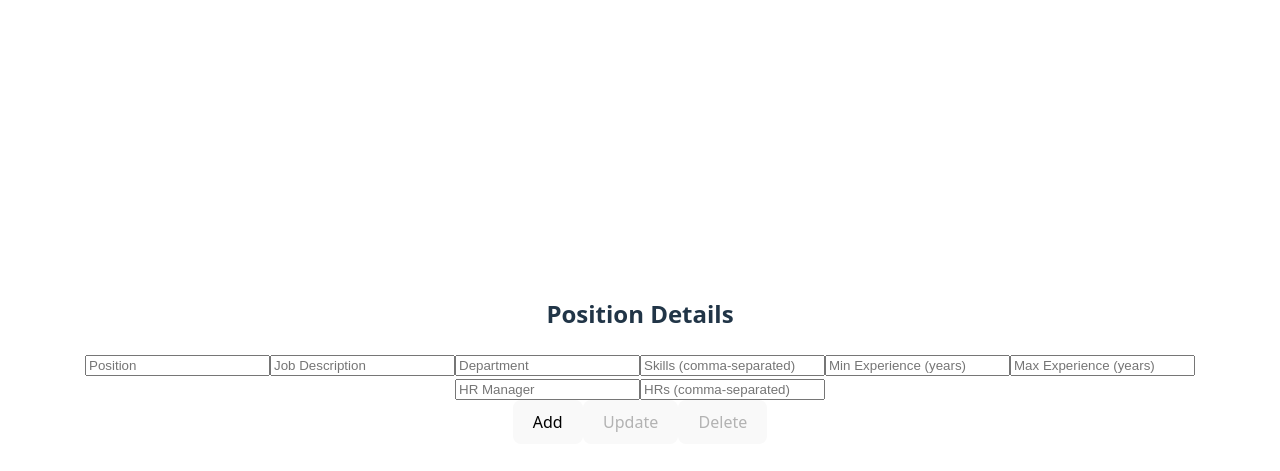
Repository: Moqueed/Delta_Iot
Page: /admin-dashboard/active-positions (app in client/)
An editor plug-in stored every save of this project. The page is shown before and after the next save, followed by the edit.
The browser window is 1280 px wide. The pictures show the whole page.
The project was rebuilt for these pictures with package versions that can differ from the ones it lists, and the page was loaded fresh each time. Also part of the build but not shown: client/vite.config.js, client/src/api/users.js, client/src/pages/Register/index.jsx, client/src/pages/Login/index.jsx, client/src/components/ProtectedRoute.jsx, client/src/pages/HR/HRDashboard.jsx, client/src/pages/Admin/AdminDashboard.jsx, client/src/pages/HR/TotalDataPage.jsx.

Above is the page before, as saved 2025-03-15 13:56:32.

### client/src/App.jsx
import { Route, Routes } from "react-router-dom";
import "./App.css";
import RegisterPage from "./pages/Register";
import LoginPage from "./pages/Login";
import ProtectedRoute from "./components/ProtectedRoute";
import HRDashboard from "./pages/HR/HRDashboard";
import AdminDashboard from "./pages/Admin/AdminDashboard";
import TotalDataPage from "./pages/HR/TotalDataPage";
import ActivePositions from "./pages/Admin/ActivePositions";

function App() {
  return (
    <>
      <Routes>
        <Route path="/register" element={<RegisterPage />} />
        <Route path="/login" element={<LoginPage />} />
        <Route
          path="/hr-dashboard"
          element={
            <ProtectedRoute role="HR">
              <HRDashboard />
            </ProtectedRoute>
          }
        />
        <Route
          path="/admin-dashboard"
          element={
            <ProtectedRoute role="Admin">
              <AdminDashboard />
            </ProtectedRoute>
          }
        />
        <Route path="*" element={<LoginPage />} />
        <Route path="/total-data" element={<TotalDataPage/>}/>
        <Route path="/admin-dashboard/active-positions" element={<ActivePositions/>}/>
      </Routes>
    </>
  );
}

export default App;

### client/src/pages/Admin/ActivePositions.jsx
import React, { useState, useEffect } from "react";
import { createPosition, deletePosition, updatePosition } from "../../api/activePositions";

const PositionForm = ({ selectedPosition, refreshPositions }) => {
  // ✅ Define state at the top level
  const initialFormState = {
    job_id:"",
    position: "",
    skills: "",
    department: "",
    vacancy: "",
    manager: "",
    minimum_experience: "",
    maximum_experience: "",
    job_description: "",
    HRs: "",
  };

  const [formData, setFormData] = useState(initialFormState);

  // ✅ Fill form when selecting a position
  useEffect(() => {
    if (selectedPosition) {
      setFormData({
        ...selectedPosition,
        skills: Array.isArray(selectedPosition.skills)
          ? selectedPosition.skills.join(", ")
          : selectedPosition.skills,
        HRs: Array.isArray(selectedPosition.HRs)
          ? selectedPosition.HRs.join(", ")
          : selectedPosition.HRs,
      });
    } else {
      setFormData(initialFormState);
    }
  }, [selectedPosition]);

  // ✅ Handle form input changes (convert skills/HRs to arrays)
  const handleChange = (e) => {
    const { name, value } = e.target;
    setFormData({
      ...formData,
      [name]: ["skills", "HRs"].includes(name)
        ? value.split(",").map((item) => item.trim())
        : value,
    });
  };

  // ✅ Add new position
  const handleAdd = async () => {
    try {
      const payload = {
        ...formData,
        skills: Array.isArray(formData.skills)
          ? formData.skills
          : formData.skills.split(",").map((skill) => skill.trim()),
      };

      await createPosition(payload);
      alert("Position added successfully!");
      setFormData(initialFormState);
      refreshPositions();
    } catch (error) {
      console.error("Failed to add position:", error);
    }
  };

  // ✅ Update existing position
  const handleUpdate = async () => {
    try {
      if (selectedPosition?.job_id) {
        const formattedData = {
          ...formData,
          skills: formData.skills.split(",").map((skill) => skill.trim()),
          HRs: formData.HRs.split(",").map((hr) => hr.trim()),
        };

        await updatePosition(selectedPosition.job_id, formattedData);
        alert("Position updated successfully!");
        refreshPositions();
      }
    } catch (error) {
      console.error("Failed to update position:", error);
      alert("Error: " + (error.response?.data?.error || error.message));
    }
  };

  // ✅ Delete position
  const handleDelete = async () => {
    try {
      if (selectedPosition?.job_id) {
        await deletePosition(selectedPosition.job_id);
        alert("Position deleted successfully!");
        setFormData(initialFormState);
        refreshPositions();
      }
    } catch (error) {
      console.error("Failed to delete position:", error);
      alert("Error: " + (error.response?.data?.error || error.message));
    }
  };

  // ✅ Render form UI
  return (
    <div className="position-form">
      <h2>Position Details</h2>

      <input
        name="position"
        placeholder="Position"
        value={formData.position}
        onChange={handleChange}
      />
      <input
        name="job_description"
        placeholder="Job Description"
        value={formData.job_description}
        onChange={handleChange}
      />
      <input
        name="department"
        placeholder="Department"
        value={formData.department}
        onChange={handleChange}
      />
      <input
        name="skills"
        placeholder="Skills (comma-separated)"
        value={formData.skills}
        onChange={handleChange}
      />
      <input
        name="minimum_experience"
        placeholder="Min Experience (years)"
        type="number"
        value={formData.minimum_experience}
        onChange={handleChange}
      />
      <input
        name="maximum_experience"
        placeholder="Max Experience (years)"
        type="number"
        value={formData.maximum_experience}
        onChange={handleChange}
      />
      <input
        name="manager"
        placeholder="HR Manager"
        value={formData.manager}
        onChange={handleChange}
      />
      <input
        name="HRs"
        placeholder="HRs (comma-separated)"
        value={formData.HRs}
        onChange={handleChange}
      />

      {/* Button Row */}
      <div className="button-row">
        <button className="add-btn" onClick={handleAdd}>
          Add
        </button>
        <button
          className="update-btn"
          onClick={handleUpdate}
          disabled={!selectedPosition}
        >
          Update
        </button>
        <button
          className="delete-btn"
          onClick={handleDelete}
          disabled={!selectedPosition}
        >
          Delete
        </button>
      </div>
    </div>
  );
};

export default PositionForm;

### client/src/api/activePositions.js
import axiosInstance from ".";


// Fetch all active positions
export const fetchPositions = async () => {
  try {
    const response = await axiosInstance.get("/api/positions/get-position");
    return response.data;
  } catch (error) {
    console.error("Error fetching positions:", error);
    throw error;
  }
};

// Create a new active position
export const createPosition = async (data) => {
  try {
    console.log("📨 Sending data:", data);
    const response = await axiosInstance.post("/api/positions/add-position", data);
    return response.data;
  } catch (error) {
    console.error("Error creating position:", error);
    throw error;
  }
};

// Update an existing active position
export const updatePosition = async (id, data) => {
  try {
    const response = await axiosInstance.put(`/api/positions/update/${id}`, data);
    return response.data;
  } catch (error) {
    console.error("Error updating position:", error);
    throw error;
  }
};

// Delete an active position
export const deletePosition = async (id) => {
  try {
    const response = await axiosInstance.delete(`/api/positions/delete/${id}`);
    return response.data;
  } catch (error) {
    console.error("Error deleting position:", error);
    throw error;
  }
};

### client/src/api/index.js
import axios from "axios";

const axiosInstance = axios.create({
  baseURL: "http://localhost:5000",
  headers: { "Content-Type": "application/json" },
});

// ✅ Add token to headers if available
axiosInstance.interceptors.request.use((config) => {
  const token = localStorage.getItem("token");
  if (token) config.headers.Authorization = `Bearer ${token}`;
  return config;
},
function (error) {
    return Promise.reject(error);
  }
);

export default axiosInstance;

Loaded but not shown: client/index.html (common file); client/src/main.jsx (common file); client/src/index.css (common file); client/src/App.css (common file)

After the next save:
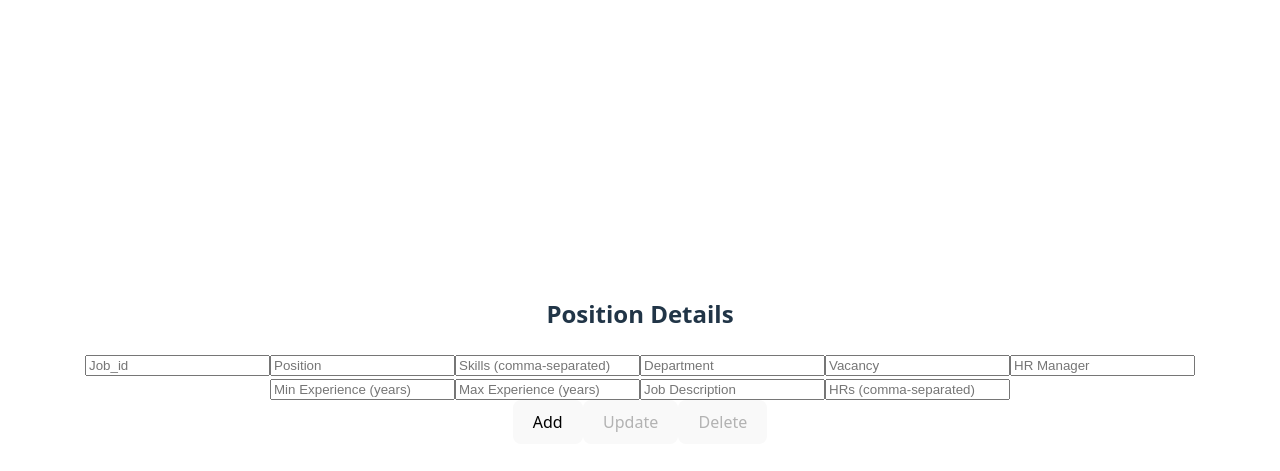
Saved 6 min 14 s later.
--- a/client/src/pages/Admin/ActivePositions.jsx
+++ b/client/src/pages/Admin/ActivePositions.jsx
@@ -106,29 +106,44 @@ const PositionForm = ({ selectedPosition, refreshPositions }) => {
       <h2>Position Details</h2>
 
       <input
+        name="Job_id"
+        placeholder="Job_id"
+        value={formData.Job_id}
+        onChange={handleChange}
+      />
+      <input
         name="position"
         placeholder="Position"
         value={formData.position}
         onChange={handleChange}
       />
-      <input
-        name="job_description"
-        placeholder="Job Description"
-        value={formData.job_description}
+       <input
+        name="skills"
+        placeholder="Skills (comma-separated)"
+        value={formData.skills}
         onChange={handleChange}
       />
-      <input
+       <input
         name="department"
         placeholder="Department"
         value={formData.department}
         onChange={handleChange}
       />
-      <input
-        name="skills"
-        placeholder="Skills (comma-separated)"
-        value={formData.skills}
+       <input
+        name="vacancy"
+        placeholder="Vacancy"
+        value={formData.vacancy}
         onChange={handleChange}
       />
+       <input
+        name="manager"
+        placeholder="HR Manager"
+        value={formData.manager}
+        onChange={handleChange}
+      />
+
+
+
       <input
         name="minimum_experience"
         placeholder="Min Experience (years)"
@@ -144,11 +159,12 @@ const PositionForm = ({ selectedPosition, refreshPositions }) => {
         onChange={handleChange}
       />
       <input
-        name="manager"
-        placeholder="HR Manager"
-        value={formData.manager}
+        name="job_description"
+        placeholder="Job Description"
+        value={formData.job_description}
         onChange={handleChange}
       />
+
       <input
         name="HRs"
         placeholder="HRs (comma-separated)"
